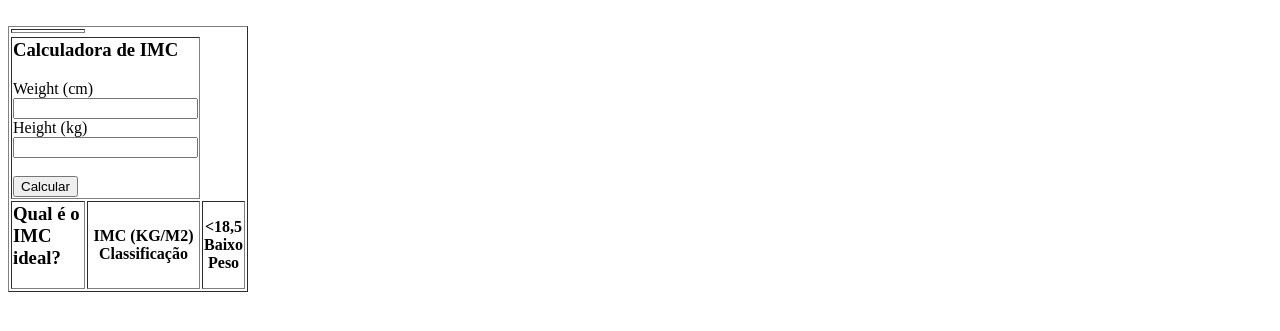
Repository: Patriciamativi/Projetos
Page: index.html
These files come from the project's save history. The page is drawn as it stood at one moment and after the next save; the edit follows.
The browser window is 1280 px wide. The pictures show the whole page.

Above is the page before, as saved 2022-11-21 15:24:46.

After the next save:
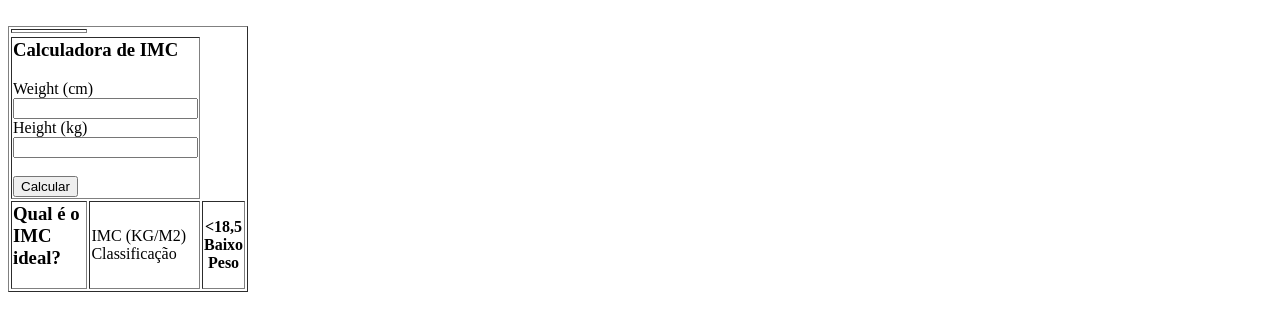
Saved 8 s later.
--- a/index.html
+++ b/index.html
@@ -33,7 +33,7 @@
 
             <td> <h3>Qual é o IMC ideal?</h3></td>
 
-                <th>IMC (KG/M2)  Classificação</th> </br>
+                <td>IMC (KG/M2)  Classificação</td> </br>
                 <th> <18,5            Baixo Peso </th>
 
 
